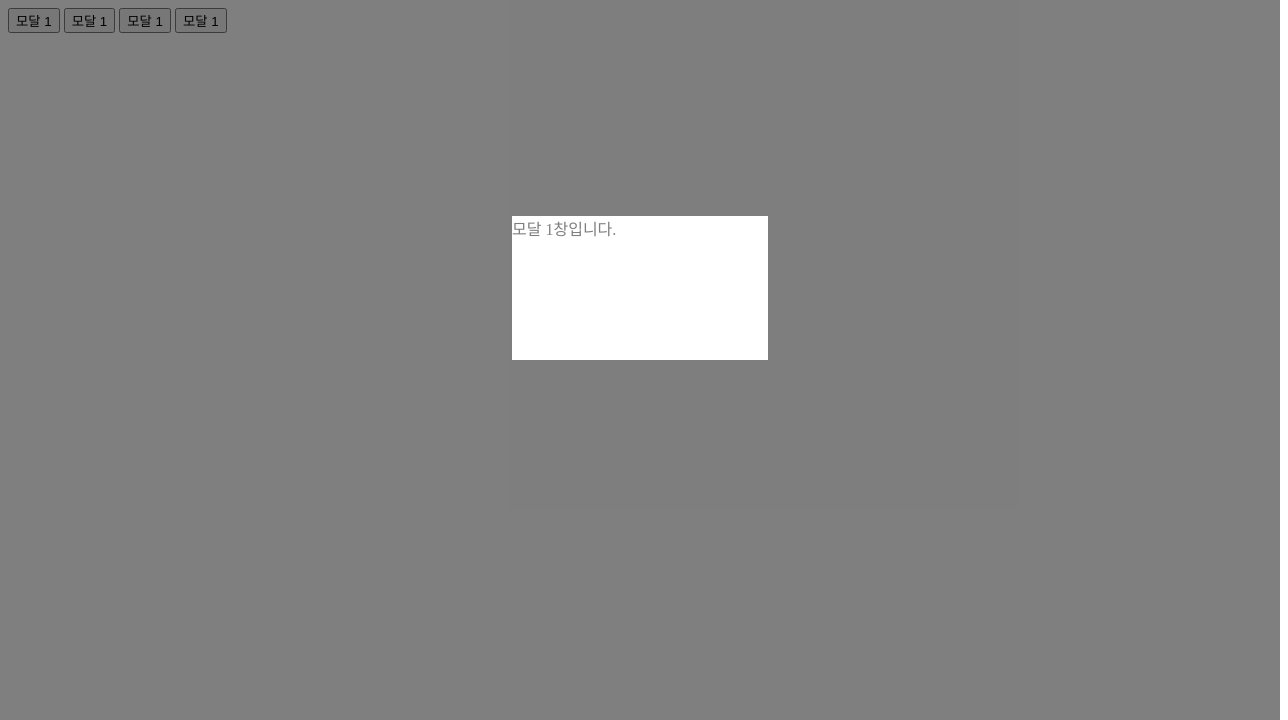
Repository: leetaehyeon123/SpringBaseSources
Page: http://localhost/modal/
These files come from the project's save history. The page is drawn as it stood at one moment and after the next save; the edit follows.
The browser window is 1280 px wide. The page is 1280 px wide, then 1288 px, then 1280 px, so the pictures cover 1288 px, including what lies to the right of the window. The pictures show the whole page.
The page is served by Tomcat 9.

Above is the page before, as saved 2020-09-01 02:22:59.

After the next save:
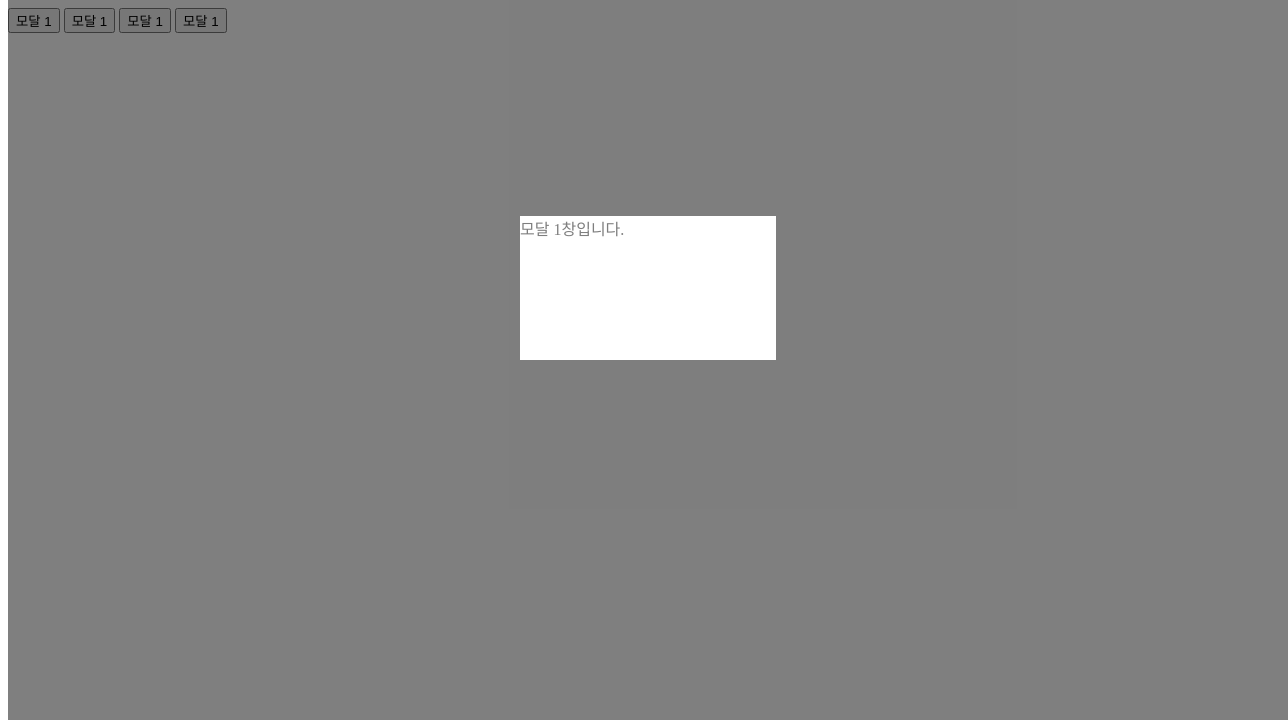
Saved 2 min 43 s later.
--- a/모달창 소스코드/modal/modal/src/main/webapp/WEB-INF/views/modal.jsp
+++ b/모달창 소스코드/modal/modal/src/main/webapp/WEB-INF/views/modal.jsp
@@ -5,21 +5,28 @@
 <head>
 <meta charset="UTF-8">
 <title>Insert title here</title>
+<script type="text/javascript">
+function mo1(){
 
+}
+function c1(){
+
+}
+
+</script>
 </head>
 <body>
 
 
-<input type="button" value="모달 1" onclick="modal1()">
+<input type="button" value="모달 1" onclick="mo1()">
 <input type="button" value="모달 1" onclick="modal1()">
 <input type="button" value="모달 1" onclick="modal1()">
 <input type="button" value="모달 1" onclick="modal1()">
 
 
-	<div class="modal1,modal"  style="width: 100% ; height: 100vh ; background-color: black; position: absolute; left: 0px; top:0px; opacity: 0.5;">
+	<div class="modal1,modal"  style="width: 100% ; height: 100vh ; background-color: black; position: absolute; fixed: 0px; top:0px; opacity: 0.5;">
 		<div class="modal1Div" style="width: 20%; height: 20vh; background-color: white; margin: 30vh auto; ">
-
-					<p>모달 1창입니다.</p>
+			<p>모달 1창입니다.</p>
 
 		</div>
 

After the save that followed:
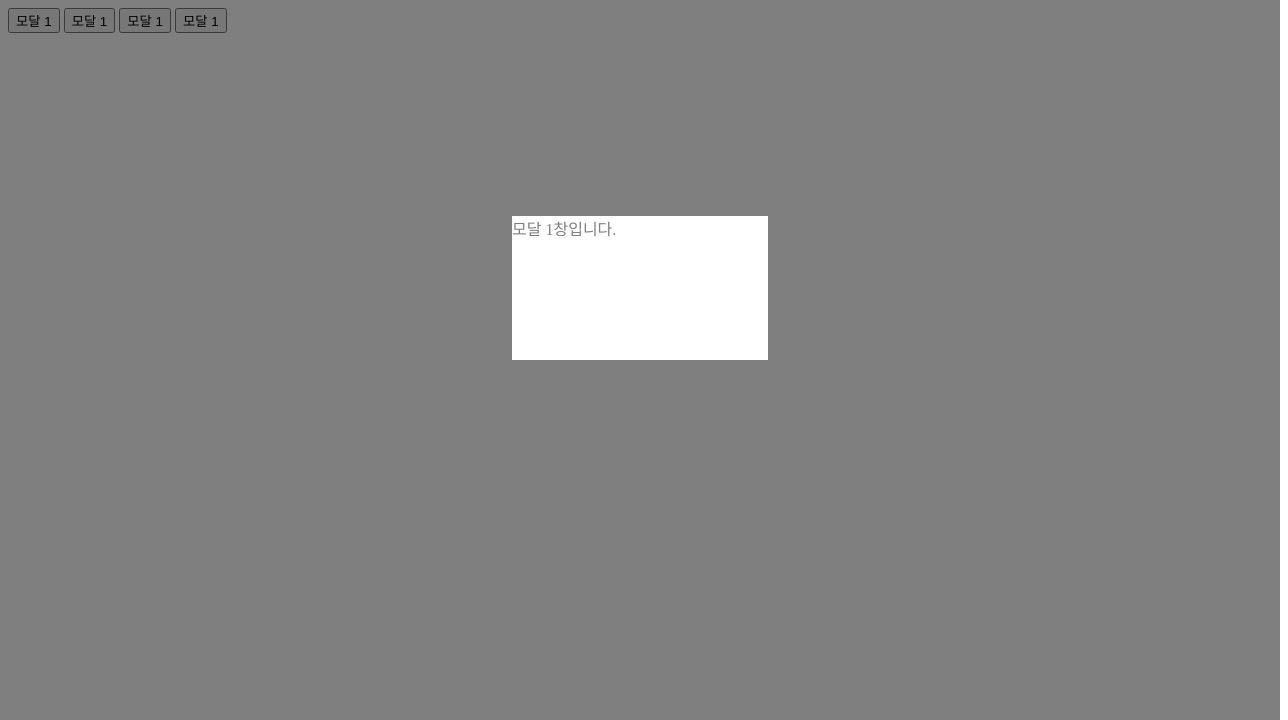
Saved 43 s later.
--- a/모달창 소스코드/modal/modal/src/main/webapp/WEB-INF/views/modal.jsp
+++ b/모달창 소스코드/modal/modal/src/main/webapp/WEB-INF/views/modal.jsp
@@ -24,7 +24,7 @@
 <input type="button" value="모달 1" onclick="modal1()">
 
 
-	<div class="modal1,modal"  style="width: 100% ; height: 100vh ; background-color: black; position: absolute; fixed: 0px; top:0px; opacity: 0.5;">
+	<div class="modal1,modal"  style="width: 100% ; height: 100vh ; background-color: black; position: fixed; left: 0px; top:0px; opacity: 0.5;">
 		<div class="modal1Div" style="width: 20%; height: 20vh; background-color: white; margin: 30vh auto; ">
 			<p>모달 1창입니다.</p>
 
